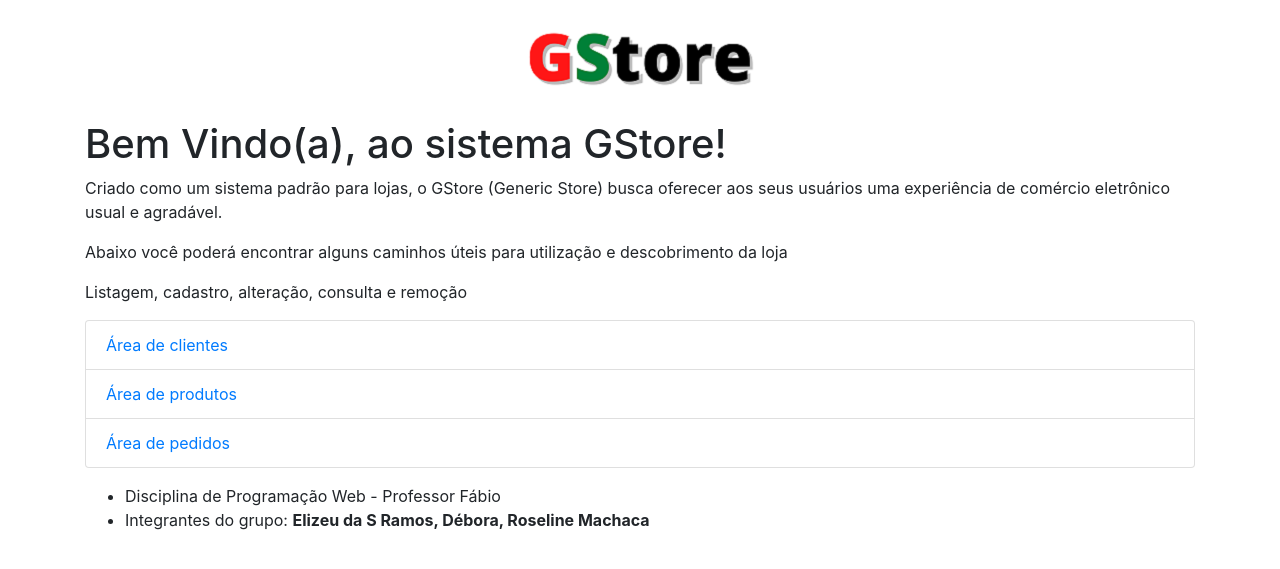
Repository: ElizeusRamos/gstore
Page: GStoreWorkspace/GStoreWeb/WebContent/index.html
An editor plug-in stored every save of this project. The page is shown before and after the next save, followed by the edit.
The browser window is 1280 px wide. The pictures show the whole page.

Above is the page before, as saved 2022-05-29 18:49:32.

After the next save:
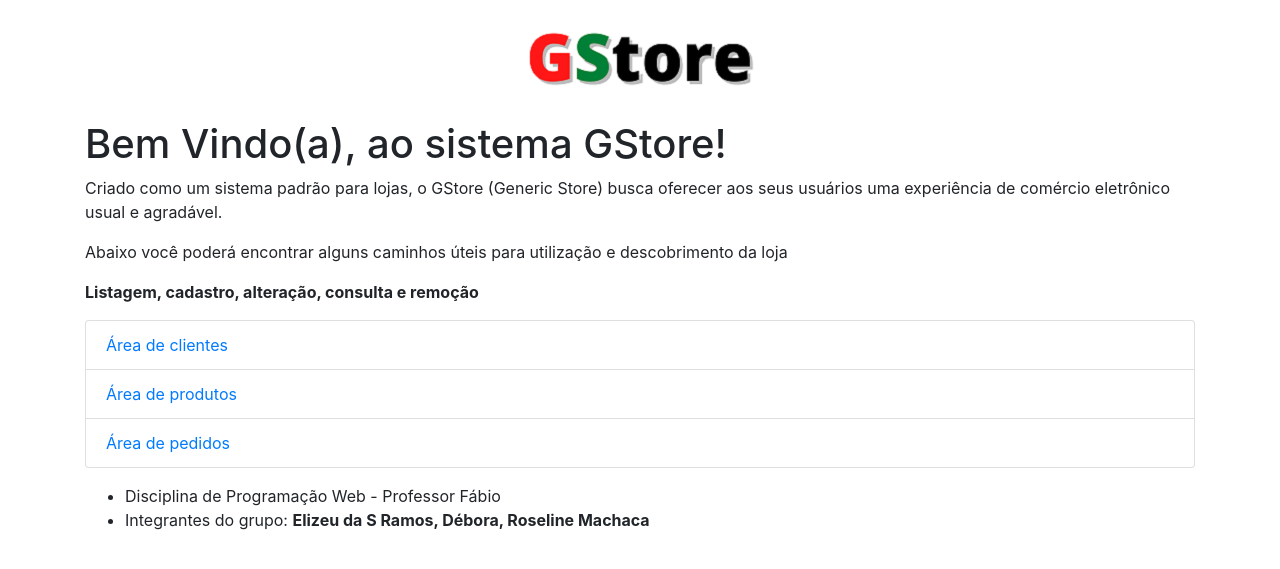
Saved 36 s later.
--- a/GStoreWorkspace/GStoreWeb/WebContent/index.html
+++ b/GStoreWorkspace/GStoreWeb/WebContent/index.html
@@ -24,7 +24,7 @@
 				Abaixo você poderá encontrar alguns caminhos úteis para utilização e descobrimento da loja
 			</p>
 			<p>
-				Listagem, cadastro, alteração, consulta e remoção
+				<strong>Listagem, cadastro, alteração, consulta e remoção</strong>
 				<ul class="list-group">
 					<li class="list-group-item"><a href="ClienteController">Área de clientes</a></li>
 					<li class="list-group-item"><a href="ProdutoController">Área de produtos</a></li>
